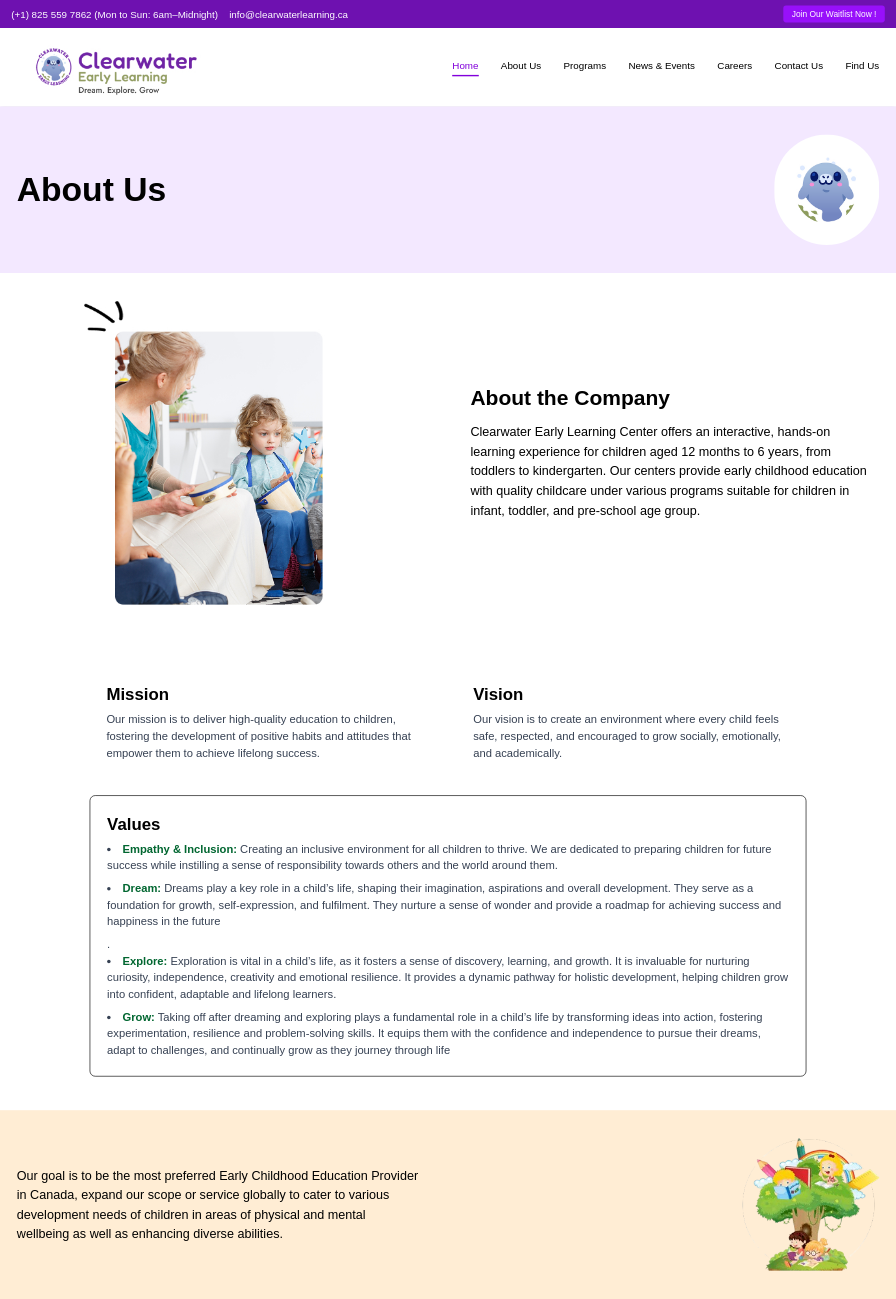
Repository: harshikabodekar/Daycare-Site
Page: /about-us
An editor plug-in stored every save of this project. The page is shown before and after a run of saves, followed by the edit.
The browser window is 1280 px wide. The pictures show the whole page, at 70% of full size.
The project was rebuilt for these pictures with package versions that can differ from the ones it lists, and the page was loaded fresh each time. The framework's server and built-in components were replaced by stand-ins that run in the browser. Also part of the build but not shown: next.config.mjs.

Above is the page before, as saved 2025-06-26 11:54:28.

After the next 2 saves:
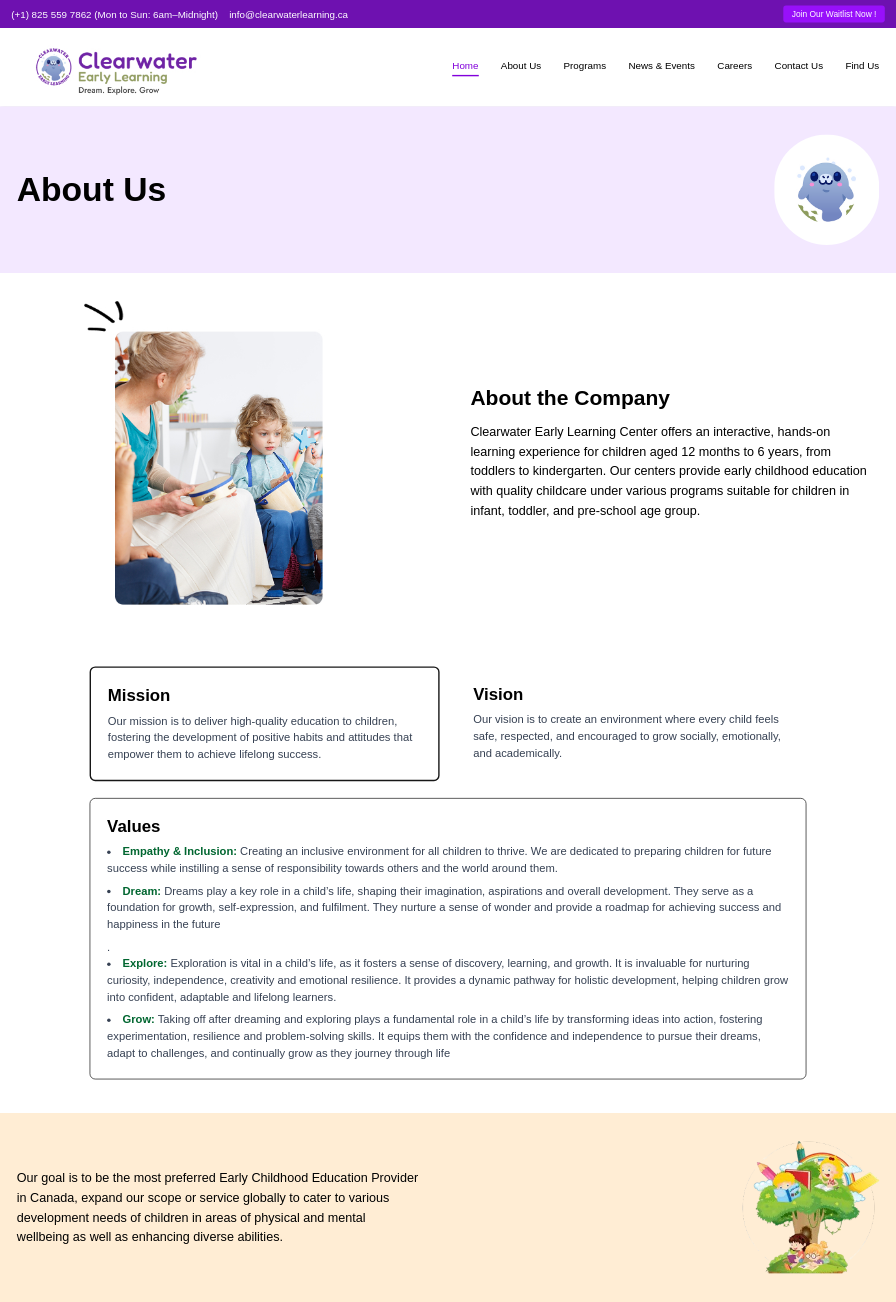
The 2 saves are shown as one change because they came seconds apart.
The last was saved 33 s later.
--- a/components/about/About.jsx
+++ b/components/about/About.jsx
@@ -42,7 +42,7 @@
       <div className="bg-white px-6 py-12 flex flex-col items-center gap-6">
         <div className="grid md:grid-cols-2 gap-6 w-full max-w-5xl">
 
-          <div className="bg-white p-6 rounded-lg">
+          <div className="bg-white p-6 rounded-lg border-2">
             <h3 className="text-2xl text-black font-semibold mb-2">Mission</h3>
             <p className="text-gray-700">
              Our mission is to deliver high-quality education to children,
